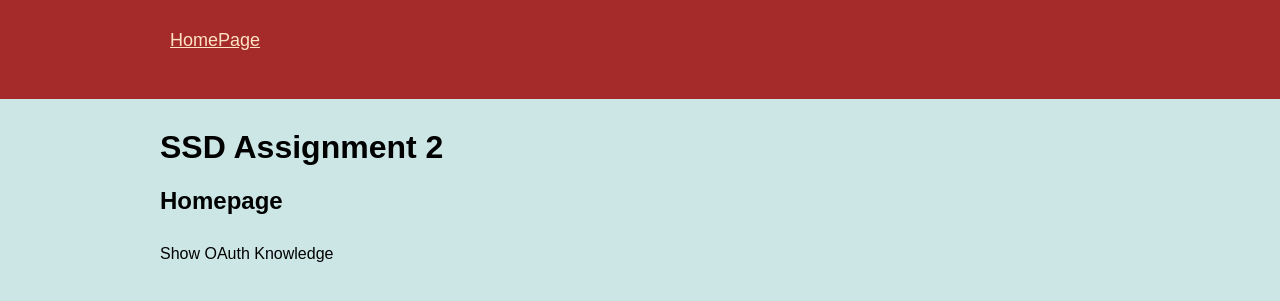
Repository: RISBandara/Oauth2-Assignment2
Page: http://localhost/
The author's editor kept a copy of each file at every save. The page is drawn from the files as they stood at one save, then again after the next save.
The browser window is 1280 px wide. The pictures show the whole page.
The page is served by the project's Node server (app.js).

Above is the page before, as saved 2019-09-11 09:13:05.

After the next save:
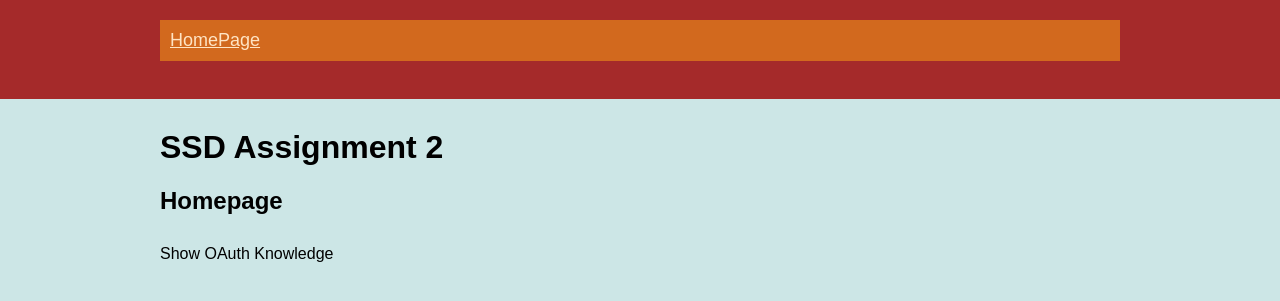
Saved 83 s later.
--- a/Oauth/views/home.ejs
+++ b/Oauth/views/home.ejs
@@ -29,6 +29,7 @@
     padding: 10px;
     font-size: 18px;
     color: bisque;
+    background-color: chocolate
 }
 
 main ,header{

After the save that followed:
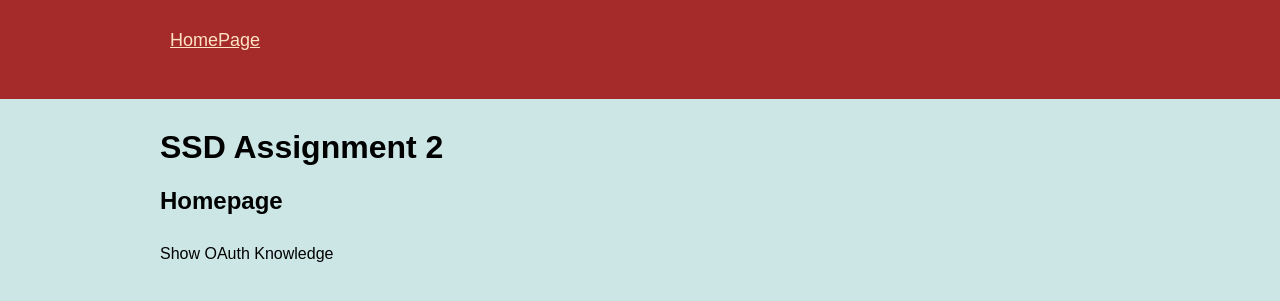
Saved 11 s later.
--- a/Oauth/views/home.ejs
+++ b/Oauth/views/home.ejs
@@ -29,7 +29,7 @@
     padding: 10px;
     font-size: 18px;
     color: bisque;
-    background-color: chocolate
+
 }
 
 main ,header{
